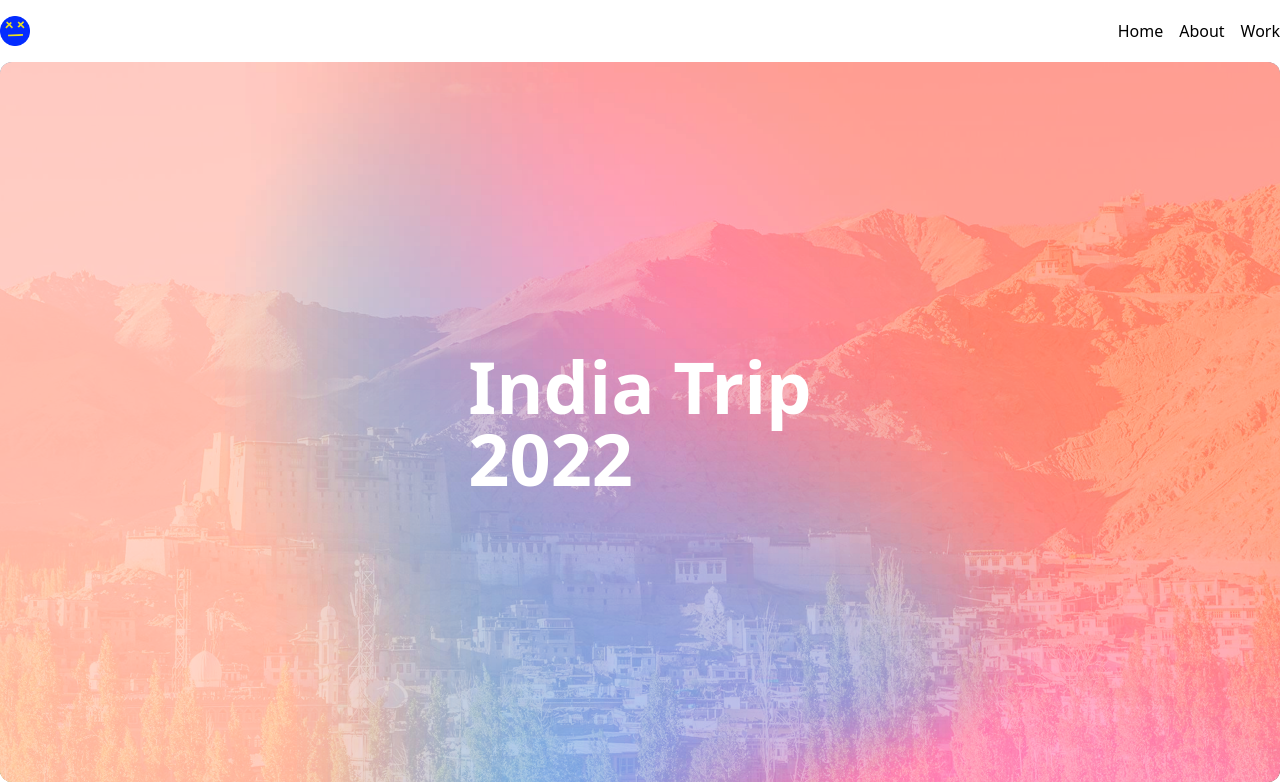
Repository: aaroncemery/aaroncemery-next
Page: /
An editor plug-in stored every save of this project. The page is shown before and after the next save, followed by the edit.
The browser window is 1280 px wide. The pictures show the whole page.
The project was rebuilt for these pictures with package versions that can differ from the ones it lists, and the page was loaded fresh each time. The framework's server and built-in components were replaced by stand-ins that run in the browser. Also part of the build but not shown: next.config.js.

Above is the page before, as saved 2022-06-13 19:54:53.

After the next save:
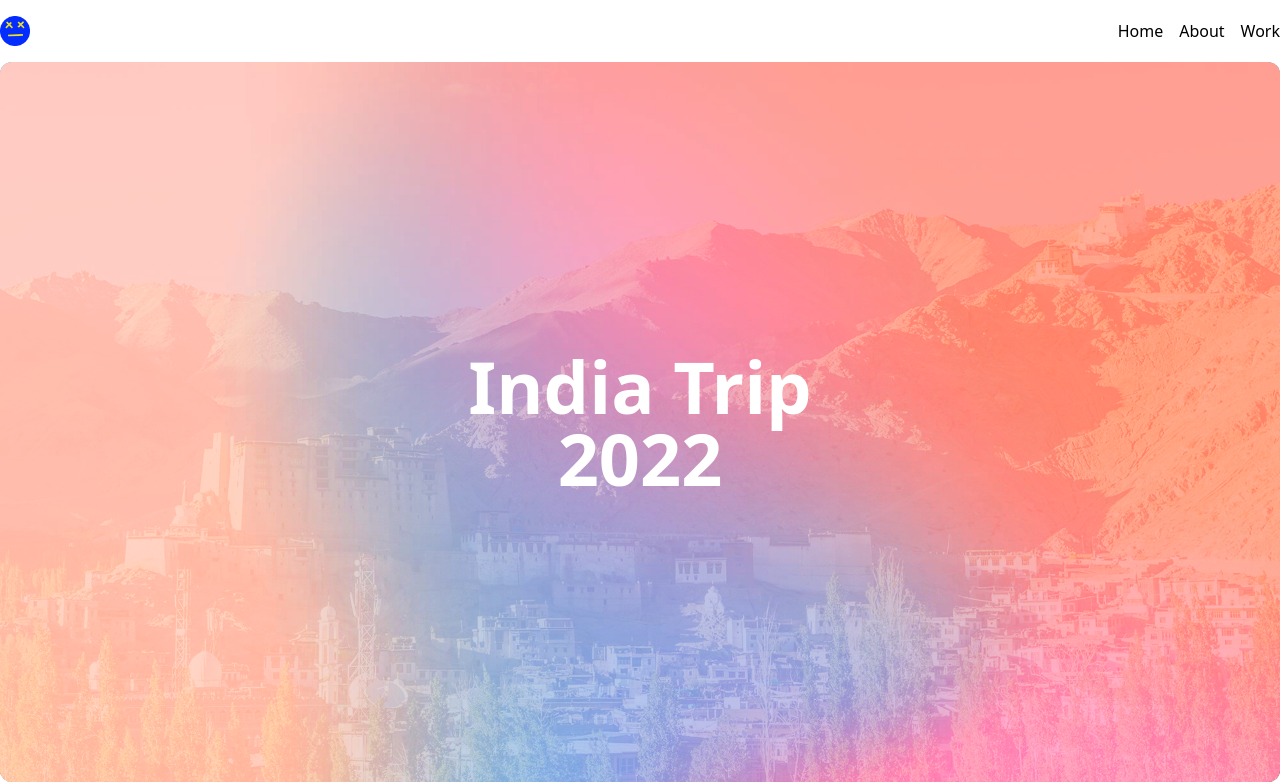
Saved 12 s later.
--- a/pages/index.tsx
+++ b/pages/index.tsx
@@ -34,7 +34,7 @@ const Home: NextPage = () => {
         />
         <div className="absolute bg-mesh-gradient bg-cover w-full h-full top-0 left-0 mix-blend-screen aspect-video rounded-xl"></div>
         <div className="absolute bg-mesh-gradient bg-cover w-full h-full top-0 left-0 mix-blend-multiply aspect-video rounded-xl"></div>
-        <div className="z-10 absolute text-7xl text-white mix-blend-overlay font-bold top-1/2 left-1/2 -translate-x-1/2 -translate-y-1/2">
+        <div className="z-10 absolute text-7xl text-white mix-blend-overlay font-bold text-center top-1/2 left-1/2 -translate-x-1/2 -translate-y-1/2">
           <h1 className="">India Trip</h1>
           <h1 className="">2022</h1>
         </div>
